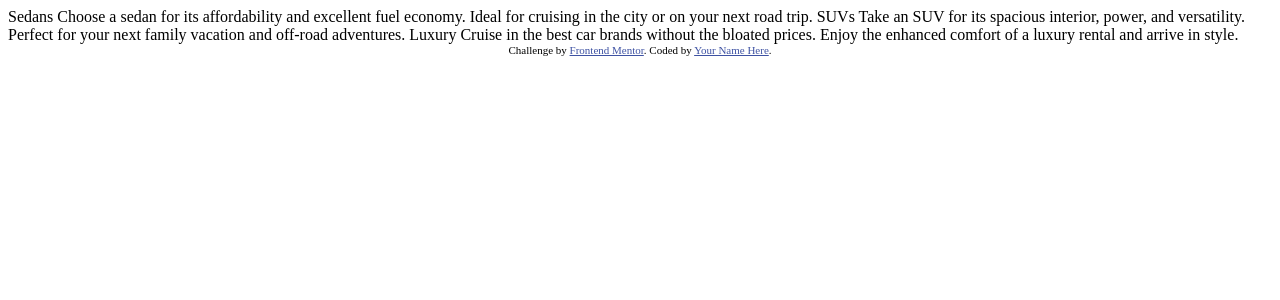
Repository: viniciussnt/3-column-preview-card
Page: index.html
The author's editor kept a copy of each file at every save. The page is drawn from the files as they stood at one save, then again after a run of saves.
The browser window is 1280 px wide. The pictures show the whole page.

Above is the page before, as saved 2023-08-24 13:52:10.

After the next 3 saves:
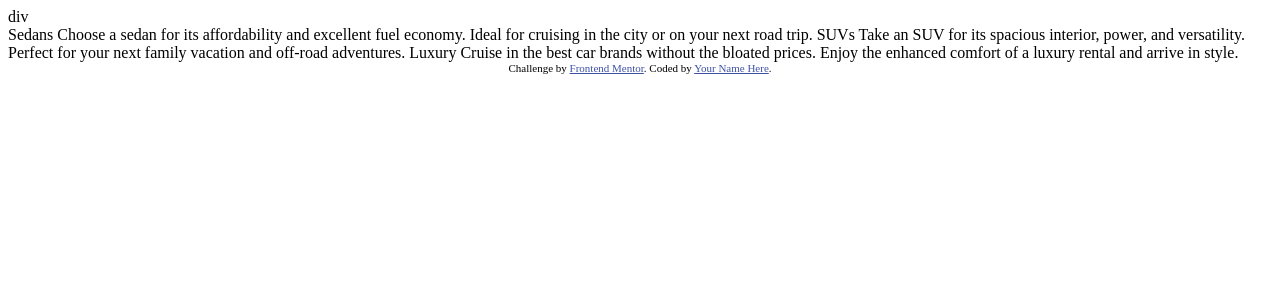
The 3 saves are shown as one change because they came seconds apart.
The last was saved 21 days later.
--- a/index.html
+++ b/index.html
@@ -15,7 +15,9 @@
   </style>
 </head>
 <body>
-
+  <div class="container">
+    div
+  </div>
   Sedans
   Choose a sedan for its affordability and excellent fuel economy. Ideal for cruising in the city
   or on your next road trip.

After the 5 saves that followed:
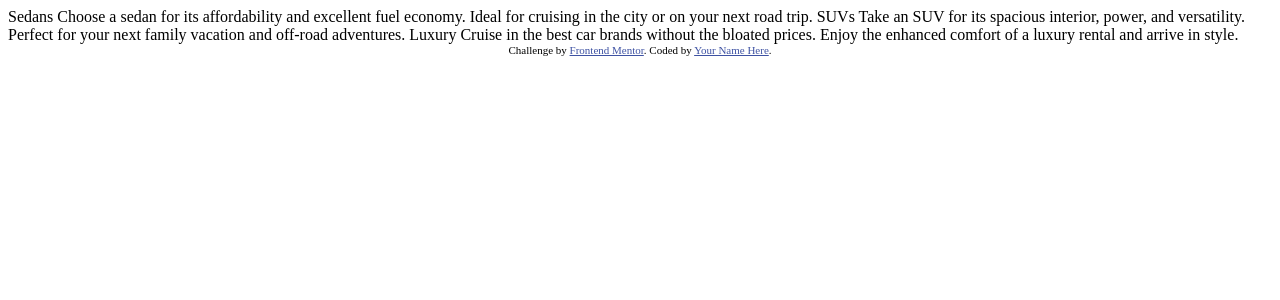
The 5 saves are shown as one change because they came seconds apart.
The last was saved 12 s later.
--- a/index.html
+++ b/index.html
@@ -16,7 +16,9 @@
 </head>
 <body>
   <div class="container">
-    div
+    <div class="sedans">
+
+    </div>
   </div>
   Sedans
   Choose a sedan for its affordability and excellent fuel economy. Ideal for cruising in the city
